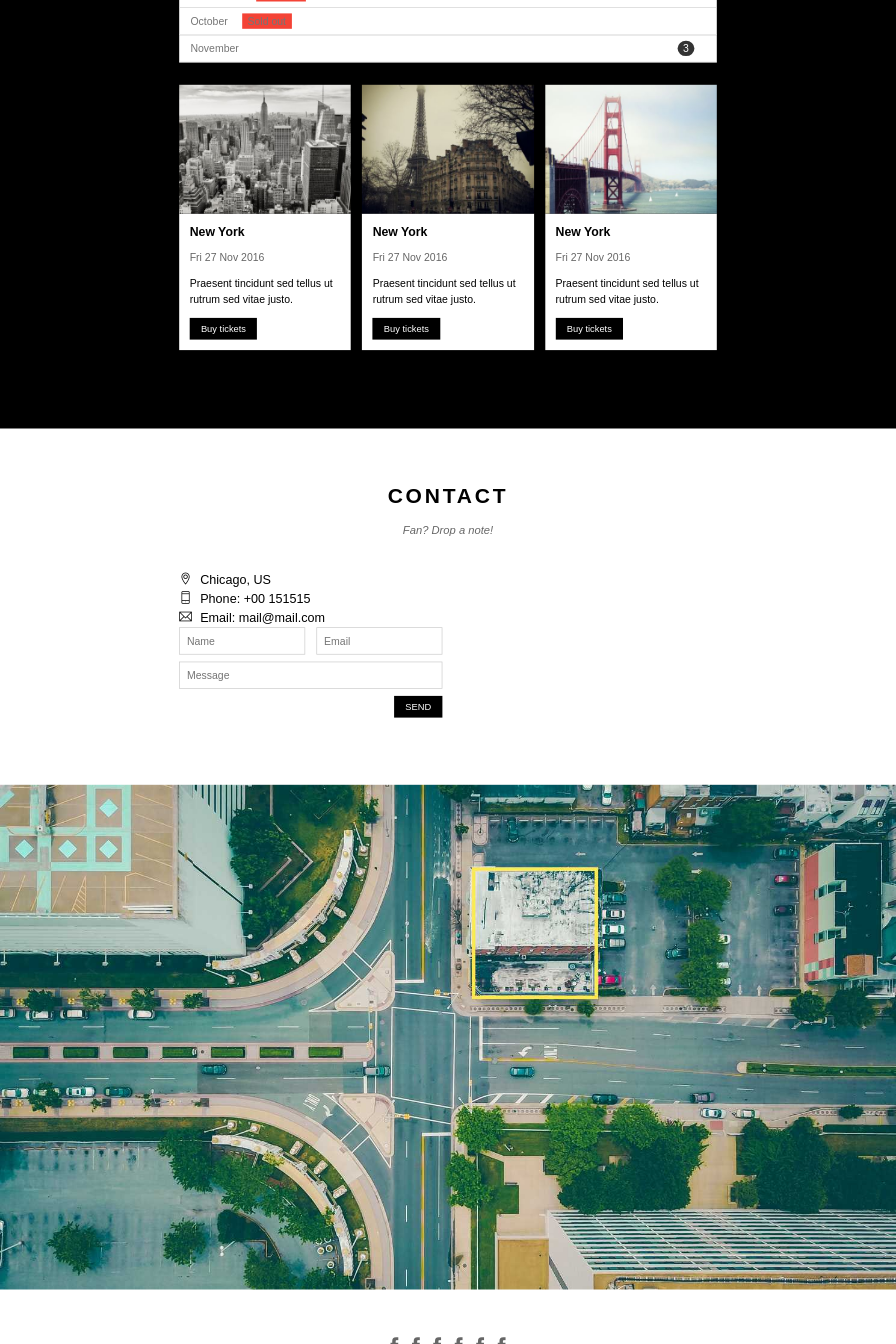
Repository: Bakyproit/the-Band
Page: index.html
The author's editor kept a copy of each file at every save. The page is drawn from the files as they stood at one save, then again after the next save.
The browser window is 1280 px wide. The pictures show the part of the page from y = 1553 to 3473 px (the page is 3603 px tall), at 70% of full size.

Above is the page before, as saved 2022-01-04 08:43:43.

### index.html
<!DOCTYPE html>
<html lang="en">
<head>
    <meta charset="UTF-8">
    <meta http-equiv="X-UA-Compatible" content="IE=edge">
    <meta name="viewport" content="width=device-width, initial-scale=1.0">
    <link rel="stylesheet" href="./assets/fonts/themify-icons/themify-icons.css">
    <link rel="stylesheet" href="./assets/css/style.css">
    <link rel="stylesheet" href="./assets/css/reponsive.css">
    <title>The-Band</title>
</head>
<body>

    <div id="main">
        <!-- begin header   -->
        <div id="header">
            <!-- Begin : Nav -->
            <ul id="nav">
                <li>
                    <a href="#">Home</a>
                </li>
                <li><a href="#band">Band</a></li>
                <li><a href="#tour">Tour</a></li>
                <li><a href="#contact">Contact</a></li>
                <li>
                    <a href="#">
                        More
                        <i class="nav-arrow-down ti-angle-down"></i>

                    </a>
                    <ul class="subnav">
                        <li><a href="#">Merchandise</a></li>
                        <li><a href="#">Extras</a></li>
                        <li><a href="#">Media</a></li>
                    </ul>
                </li>
            </ul>
            <!-- End : Nav -->
            <!-- Begin : Search button -->
            <div class="search-btn">
                <i class="search-icon ti-search"></i>
            </div>
            <div class="mobile-menu-btn" id='mobile-menu'>
                <i class="menu-icon ti-menu"></i>
            </div>
            <!-- End : Search button-->


        </div>
        <!-- end header     -->
        <!-- Begin slider== -->
        <div id="slider">
            <div class="text-content">
                <h2 class="text-heading">Chicago</h2>
                <div class="text-description">Thank you, Chicago - A night we won't forget</div>
            </div>

        </div>
        <!-- End slider    -->
        <!-- Begin content -->
        <div id="content">
        <!-- The- band -->
            <div id ="band" class="content-section">
                <h2 class="section-heading">THE BAND</h2>
                <p class="section-sub-heading">We love music</p>
                <p class="about-text">We have created a fictional band website. Lorem ipsum dolor sit amet, consectetur adipiscing elit, sed do eiusmod tempor incididunt ut labore et dolore magna aliqua. Ut enim ad minim veniam, quis nostrud exercitation ullamco laboris nisi ut aliquip ex ea commodo consequat. Duis aute irure dolor in reprehenderit in voluptate velit esse cillum dolore eu fugiat nulla pariatur. Excepteur sint occaecat cupidatat non proident, sunt in culpa qui officia deserunt mollit anim id est laborum consectetur adipiscing elit, sed do eiusmod tempor incididunt ut labore et dolore magna aliqua. Ut enim ad minim veniam, quis nostrud exercitation ullamco laboris nisi ut aliquip ex ea commodo consequat.</p>
                <div class="member-list">
                    <div class="col-third member-item">
                        <p class="member-name">Name</p>
                        <img src="/assets/img/bandmember.jpg" alt="" class="member-img">
                    </div>
                    <div class="col-third member-item">
                        <p class="member-name">Name</p>
                        <img src="/assets/img/bandmember.jpg" alt="" class="member-img">
                    </div>
                    <div class="col-third member-item">
                        <p class="member-name">Name</p>
                        <img src="/assets/img/bandmember.jpg" alt="" class="member-img">
                    </div>

                </div>

            </div>
        <!-- Tour -->
            <div id ="tour" class="tour-section">
                <div class="content-section ">
                    <h2 class="section-heading text-white">TOUR DATES</h2>
                    <p class="section-sub-heading text-white">Remember to book your tickets!</p>
                    <ul class="tickets-list">
                        <li>
                            September
                            <span class="sold-out">Sold out</span>
                        </li>
                        <li>
                            October
                            <span class="sold-out" >Sold out</span>
                        </li>
                        <li>
                            November
                            <span class="quantity" >3</span>
                        </li>
                    </ul>
                    <!-- places - list -->
                    <div class="places-list row">
                        <div class="places-item  col col-third">
                            <img src="/assets/img/play/play1.jpg" alt="" class="places-img">
                            <div class="places-content">
                                <h3 class="places-name">New York</h3>
                                <p class="places-time">Fri 27 Nov 2016</p>
                                <p class="places-title">Praesent tincidunt sed tellus ut rutrum sed vitae justo.</p>
                                <button  class="btn js-buy-tickets ">Buy tickets</button>
                            </div>
                        </div>
                        <div class="places-item  col col-third ">
                            <img src="/assets/img/play/play2.jpg" alt="" class="places-img">
                            <div class="places-content">
                                <h3 class="places-name">New York</h3>
                                <p class="places-time">Fri 27 Nov 2016</p>
                                <p class="places-title">Praesent tincidunt sed tellus ut rutrum sed vitae justo.</p>
                                <button  class="btn js-buy-tickets ">Buy tickets</button>
                            </div>
                        </div>
                        <div class="places-item  col col-third">
                            <img src="/assets/img/play/play3.jpg" alt="" class="places-img">
                            <div class="places-content">
                                <h3 class="places-name">New York</h3>
                                <p class="places-time">Fri 27 Nov 2016</p>
                                <p class="places-title">Praesent tincidunt sed tellus ut rutrum sed vitae justo.</p>
                                <button  class="btn js-buy-tickets ">Buy tickets</button>
                            </div>
                        </div>
                    </div>
                </div>
            </div>
        <!--    Contact -->
            <div id ="contact" class="content-section">
                <h2 class="section-heading ">CONTACT</h2>
                <p class="section-sub-heading ">Fan? Drop a note!</p>
                <!-- contact - content -->
                <div class="row contact-content">
                    <div class="col col-half col-full contact-info">
                        <p><i class="ti-location-pin"></i>Chicago, US</p>
                        <p><i class="ti-mobile"></i>Phone: +00 151515</p>
                        <p><i class="ti-email"></i>Email: mail@mail.com</p>
                    </div>
                    <div class="col col-half contact-form">
                        <form action="">
                            <div class="row flex contact-name-email">
                                <div class="col col-half contact__input">
                                    <input type="text" name="" placeholder="Name" required id="" class="form-control">
                                </div>
                                <div class="col col-half contact__input">
                                    <input type="email" name="" placeholder="Email" required  id="" class="form-control">
                                </div>
                            </div>

                            <div class="row ">
                                <div class="col col-full">
                                    <input type="text" name="" placeholder="Message" required id="" class="form-control">
                                </div>
                            </div>
                            <input type="submit" value="SEND" class="btn pull-right">
                        </form>
                    </div>
                </div>
            </div>
        <!-- map -->
            <div class="map-section">
                <img src="./assets/img/map.jpg" alt="Map">
            </div>

        </div>
        <!-- End content -->
        <!-- Begin footer -->
        <div id="footer">
            <div class="social-list">
                <a href=""><i class="ti-facebook"></i></a>
                <a href=""><i class="ti-facebook"></i></a>
                <a href=""><i class="ti-facebook"></i></a>
                <a href=""><i class="ti-facebook"></i></a>
                <a href=""><i class="ti-facebook"></i></a>
                <a href=""><i class="ti-facebook"></i></a>
            </div>
            <p class="copy-right">Powered by <a href="">w3.css</a></p>
        </div>
        <!-- end-footer -->
        <!-- modal -->
        <div class="modal js-modal">
            <div class="modal-container js-modal-container">
                <div class="modal-close js-modal-close">
                    <i class="ti-close"></i>
                </div>
                <!-- header -->
                <header class="modal-header">
                    <i class="ti-bag"></i>
                    Tickets
                </header>
                <!-- body -->
                <div class="modal-body">
                    <label for="ticket-quantity" class="model-label">
                        <i class="ti-shopping-cart"></i>
                        Tickets, $15 per person
                    </label>
                    <input id="ticket-quantity" type="text" class="modal-input" placeholder="Howmany ?">


                    <label for="ticket-email" class="model-label">
                        <i class="ti-user"></i>
                        Send To
                    </label>
                    <input id= "ticket-email" type="text" class="modal-input" placeholder="Enter email ?">

                    <button class="buy-tickets">
                        Pay
                        <i class="ti-check"></i>
                    </button>
                </div>
                <footer class="modal-footer">
                    <p class="modal-help">Need <a href="">help?</a></p>
                </footer>
            </div>
        </div>
        <!-- end modal -->
        <!-- javascript -->
        <script>
            const buyBtns = document.querySelectorAll('.js-buy-tickets')
            const modal = document.querySelector('.js-modal')
            const modalClose = document.querySelector('.js-modal-close')
            const modalContainer =document.querySelector('.js-modal-container')
            function buyTickets(){
                modal.classList.add('open')
            }
            function hiddenBuyTickets(){
                modal.classList.remove('open')
            }


            for(const buyBtn of buyBtns){
                buyBtn.addEventListener('click' ,buyTickets )
            }
            modalClose.addEventListener('click' , hiddenBuyTickets)
            modal.addEventListener('click' , hiddenBuyTickets)
            modalContainer.addEventListener('click' , function (event){
                event.stopPropagation()
            })


            // dong mo menu
            var header = document.getElementById('header') ;
            var mobileMenu = document.getElementById('mobile-menu') ;
            var headerHeight = header.clientHeight ;
            mobileMenu.onclick= function(){
                // console.log(header.clientHeight);
                var isClosed = header.clientHeight === headerHeight ;
                if(isClosed){
                    header.style.height = 'auto' ;
                }else {
                    header.style.height = null ;
                }
            }
            //  tu dong dong khi chon menu
            var menuItems = document.querySelectorAll('#nav li a[href*="#"]') ;
            console.log(menuItems) ;
            for(var i = 0;i < menuItems.length ;i++) {
                var menuItem = menuItems[i] ;

                menuItem.onclick = function(event){
                    // kiem tra ae lien ke no
                    var isParentMenu = this.nextElementSibling &&
                            this.nextElementSibling.classList.contains('subnav') ;
                    if(isParentMenu){
                        event.preventDefault() ;
                    }else{
                        header.style.height = null ;
                    }
                }
            }

        </script>
        <!-- javascript -->
    </div>
</body>
</html>



<!-- hang row -->

### assets/css/style.css
/*
Reset css
*/
*{
    padding: 0;
    margin:  0;
    box-sizing: border-box;
}
html {
    font-family: Arial, Helvetica, sans-serif;
    scroll-behavior: smooth;
}
#main {

}
.text-white{
    color:#fff !important;
}
.btn{
    display: inline-block;
    text-decoration: none;
    padding: 8px 16px;
    color: #fff;
    background-color: #000;
    border : none  ;
}
.btn:hover{
    color: #000!important;
    background-color: #ccc!important;
    cursor: pointer;
}

.pull-right{
    float: right !important ;
}
.flex{
    display: flex;
    flex-wrap: wrap;
}

.row {
    margin-left: -8px;
    margin-right: -8px;
}
.col {
    padding-left: 8px;
    padding-right: 8px;
}
.col-third{
    width: 33.33333%;
}
.col-half{
    width: 50%;
}
.col-full{
    width: 100%;
}
/* =====header===== */
#header {
    height: 46px;
    background-color: #000;
    position: fixed;
    top : 0 ;
    right: 0;
    left : 0;
    z-index: 1;
}
#nav{
    display: inline-block;
}
#nav .subnav {
    list-style-type: none;
}
/* nav */
#nav > li{
    display: inline-block;
    position: relative;
}
#nav li a{
    display: inline-block;
    color : #fff ;
    text-decoration: none;
    line-height: 46px;
    padding: 0px 24px;
    text-transform: uppercase;
}
#nav > li:hover > a,
#nav .subnav li:hover a{
    color : #000 ;
    background-color: #ccc;
}
/*     subnav */
#nav .subnav{
    display: none;
    position: absolute;
    top:100% ;
    background-color: #fff;
    /* bong do */
    box-shadow: 0 0 10px rgba(0, 0, 0,0.5) ;
    min-width: 160px;
}
#nav li:hover .subnav {
    display: block ;
}

#nav .subnav  a{
    display:  block;
    color: #000;
    padding: 0 12px;
    line-height: 38px;
}
#nav .nav-arrow-down{
    font-size: 14px;
}
.mobile-menu-btn{
    position: absolute;
    top: 0;
    right: 0;
}
.mobile-menu-btn,
#header .search-btn{
    float: right;
    padding: 0 21px;
}

#header .search-btn:hover{
    cursor: pointer;
    background-color:#f44336 ;
}
#header .mobile-menu-btn:hover {
    background-color:#ccc ;
}
#header .mobile-menu-btn:hover .menu-icon{
    color: #000;
}
#header .menu-icon ,
#header .search-icon{
    color : #fff ;
    font-size: 20px;
    line-height: 46px;
}


/* ====end header=======                 */
/*      Begin slider                     */
#slider {
    margin-top: 46px;
    padding-top:50%;
    /* luon bang 50% chieu rong */
    background: url('/assets/img/slider/slider1.jpg') top center / cover no-repeat;
    position: relative;
}
#slider .text-content{
    position: absolute;
    bottom: 48px;
    left:50%;
    color:#fff ;
    transform: translateX(-50%);
    text-align: center;

}
#slider .text-heading{
    margin:  0 0 25px 0 ;
    font-weight: 500px;
    font-size: 24px;
}
#slider .text-description{
    font-size: 15px;
}
/*    End slider                     */
/*    Begin content                  */
#content {
    color : #000 ;
}
#content .content-section{
    width: 800px;
    max-width: 100%;
    margin-left: auto;
    margin-right: auto;
    padding: 64px 16px;

}
#content .section-heading{
    margin: 10px 0;
    font-size: 30px;
    text-align: center;
    font-weight: 400px;
    letter-spacing: 4px;
    line-height: 45px;
}
#content .section-sub-heading{
    margin:15px 0 ;
    text-align: center;
    font-style: italic;
    opacity: 0.6;
    line-height: 22px;
}
/*             About                   */
#content .about-text{
    margin: 15px 0 ;
    font-size: 14px;
    text-align: justify ;
    line-height: 1.6;

}
#content .member-list{
    padding: 32px 0 ;
    display: flex;
    flex-wrap: wrap;
    text-align: center;
}

#content  .member-name{
    margin: 15px 0;
    font-size: 15px;
    line-height: 22px;
}
#content  .member-img{
    margin-bottom: 10px;
    width: 154px;
    border-radius: 4px;
}

/*                   Tour                        */
.tour-section{
    background-color: black;
    color:#fff ;
}
.tour-section .tickets-list li{
    list-style: none;
    color: #757575;
    padding: 8px 16px;
    font-size: 15px;
    line-height: 22px;
    background-color: #fff;
    border-bottom: 1px solid #ddd;
}
.tour-section  .sold-out{
    display: inline-block;
    background-color: #f44336;
    padding: 0 8px;
    margin-left:16px;
}
.tour-section .quantity{
    display: inline-block;
    padding: 0 8px;
    margin-right: 16px;
    background-color: #333;
    color:#fff ;
    border-radius: 50%;
    float: right;
}

.places-list{
    display: flex;
    flex-wrap: wrap;
    color: #000;
    font-size: 15px;
    padding: 32px 0 ;
}
.places-item{
    margin-bottom: 16px;
}

.places-img{
    width: 100%;
    display: block;
}
.places-img:hover{
    opacity: 0.6;
}
.places-content{
    padding: 15px;
    line-height: 22px;
    background-color: #fff;
}
.places-name{
}
.places-time{
    margin-top: 15px ;
    opacity: 0.6;
}
.places-title{
    margin: 15px 0 ;
    line-height: 1.5;
}




/*                  contact            */

.contact-content{
    display: flex;
    flex-wrap: wrap;
    padding-bottom: 32px  ;
    padding-top: 32px;
}
.contact-info{
    font-size: 18px;
    line-height: 1.5;
}
.contact-info i[class*="ti-"]{
    display: inline-block;
    width: 30px;

}

.contact-form .form-control{
    font-size: 15px;
    padding: 10px ;
    border : 1px solid #ccc ;
    width: 100%;
    margin-bottom: 10px;
}
/*                      Map-section                        */
.map-section img {
    width: 100%;
}


/*                      end content                 */
/*                      Begin footer                */

#footer {
    padding: 64px 16px;
    text-align: center;
}
#footer .social-list{
    font-size: 24px;

}
#footer .social-list a {
    text-decoration: none;
    color: rgba(0, 0, 0,0.6);

}
#footer .social-list a:hover{
    color: rgba(0, 0, 0,0.4);
}
#footer .copy-right{
    margin: 15px  0 ;
    color: rgba(0, 0, 0,0.6);
}
#footer .copy-right a{
    color: rgba(0, 0, 0,0.6);
}
/*                         end footer                */
/*                         modal                   */
.modal{
    position: fixed;
    top:0;
    right: 0 ;
    bottom: 0;
    left: 0;
    background: rgba(0,0,0,0.4);
    align-items: center;
    justify-content: center;
    display: none;
}
.modal.open{
    display: flex;
}
.modal-container{
    background-color: #fff;
    width: 900px;
    min-height: 300px;
    position: relative;
    animation: modalFaceIn ease .6s;
}
.modal-close {
    position: absolute;
    top: 0;
    right: 0;
    padding: 8px 16px;
    line-height: 36px;
    color:#fff ;
}
.modal-close:hover{
    color:#000 ;
    background: #ccc;
    opacity: 0.6;
}
.modal-header{
    background-color: #009688;
    height: 130px;
    font-size: 30px ;
    color:#fff ;
    display: flex;
    align-items: center;
    justify-content: center;
    padding: 32px 16px;
}
.modal-header i {
    margin-right: 20px;
}
.modal-body{
    padding: 0 16px ;
    margin-top: 15px;
}
.model-label{
    display: block;
    font-size: 15px;
    color: #000;
    padding: 2.5px 0;

}
.modal-input {
    padding: 11.5px 8px;
    border : 1px solid #ccc ;
    width: 100%;
    margin: 15px 0;
}

.buy-tickets{
    background-color: #009688;
    padding:18.5px 16px;
    margin-bottom: 16px;
    width: 100%;
    font-size: 15px;
    border :0 ;
}

.buy-tickets:hover{
    color:#000 ;
    background: #ccc;
}


.modal-footer{
    display: inline-block;
    margin: 15px 0;
    padding: 2.5px 16px ;
    font-size: 15px;
    float: right;
}
.modal-footer .modal-help{
}
.modal-footer a{
    color :#2196F3 ;
}



@keyframes modalFaceIn{

    from{
        opacity: 0;
        transform: translateY(-140px);
    }
    to{
        opacity: 1;
        transform: translateY(0);
    }
}

### assets/css/reponsive.css


/* mobile */
@media (max-width:739px) {
    /* header */
    #header {
        overflow: hidden;
    }
    #header .search-btn{
        display: none;
    }
    #nav {
        display: block;
    }
    #nav > li{
        display: block;
    }
    #nav > li:first-child{
        display: inline-block;
    }
    #nav li a {
        display: block;
    }
    #nav .subnav{
        position: inherit;
        background-color: #333;
    }
    #nav .subnav  a{
        color:#fff ;
        padding: 5px 41px;
    }
    /* content */
    #content .member-item{
        width: 100%;
        margin-top: 30px;
    }
    #content  .member-img{
        width: 60%;
    }
    /* places */
    .places-list .places-item{
        width: 100%;
    }
    /* contact */
    .contact-info{
        width: 100%;
        margin-bottom: 16px;
    }
    .contact-form{
        width: 100%;
    }
    .contact-name-email{
        margin-bottom: 10px;
    }
    .contact__input{
        width: 100%;
    }
}

/* tablet */
@media (min-width:740px) and (max-width:1023px) {
    .mobile-menu-btn {
        display: none;
    }
}

/* PC */
@media (min-width:1024px) {
    .mobile-menu-btn {
        display: none;
    }
}

Loaded but not shown: assets/fonts/themify-icons/themify-icons.css (common file)

After the next save:
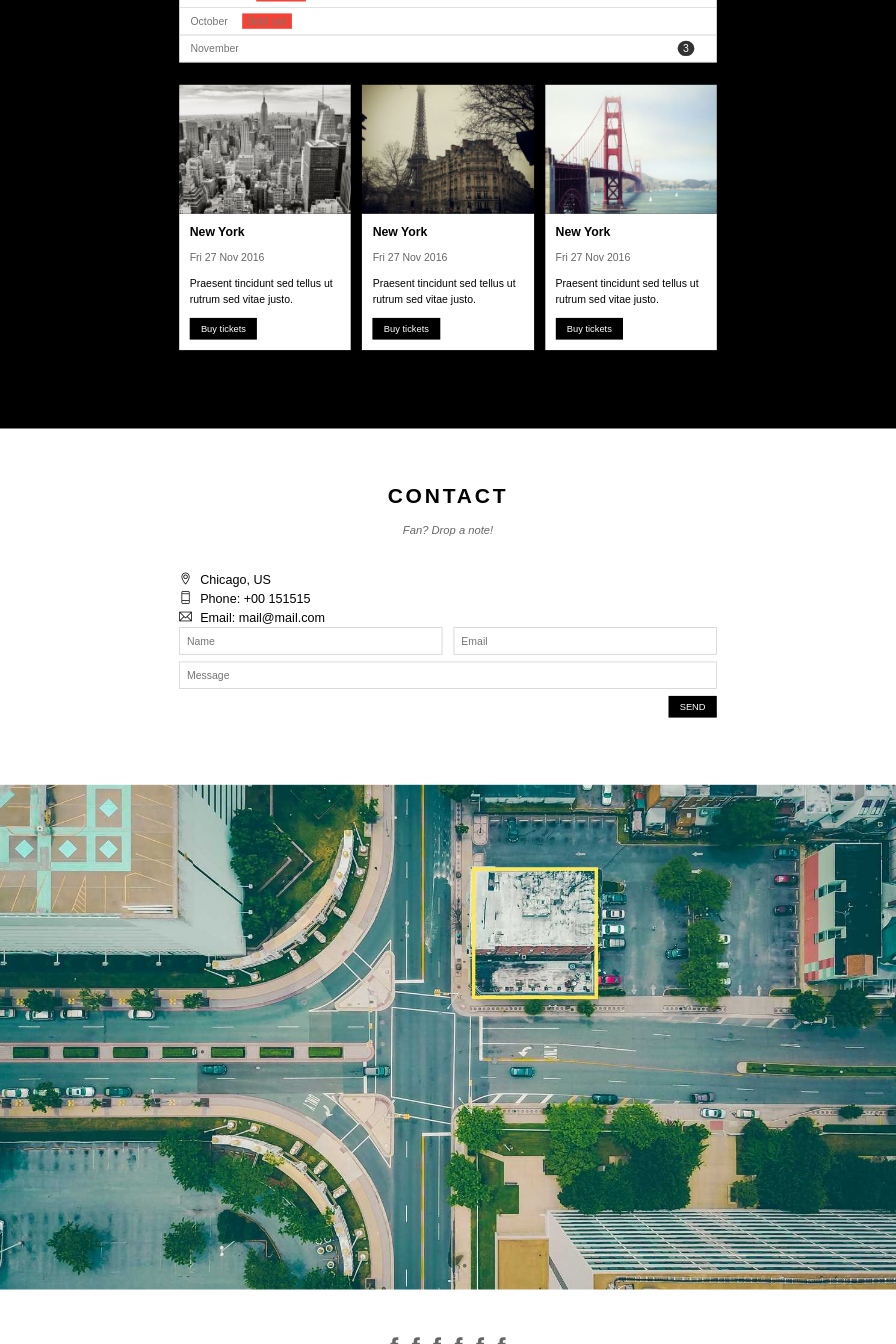
Saved 9 s later.
--- a/index.html
+++ b/index.html
@@ -143,7 +143,7 @@
                         <p><i class="ti-mobile"></i>Phone: +00 151515</p>
                         <p><i class="ti-email"></i>Email: mail@mail.com</p>
                     </div>
-                    <div class="col col-half contact-form">
+                    <div class="col col-half col-full contact-form">
                         <form action="">
                             <div class="row flex contact-name-email">
                                 <div class="col col-half contact__input">
